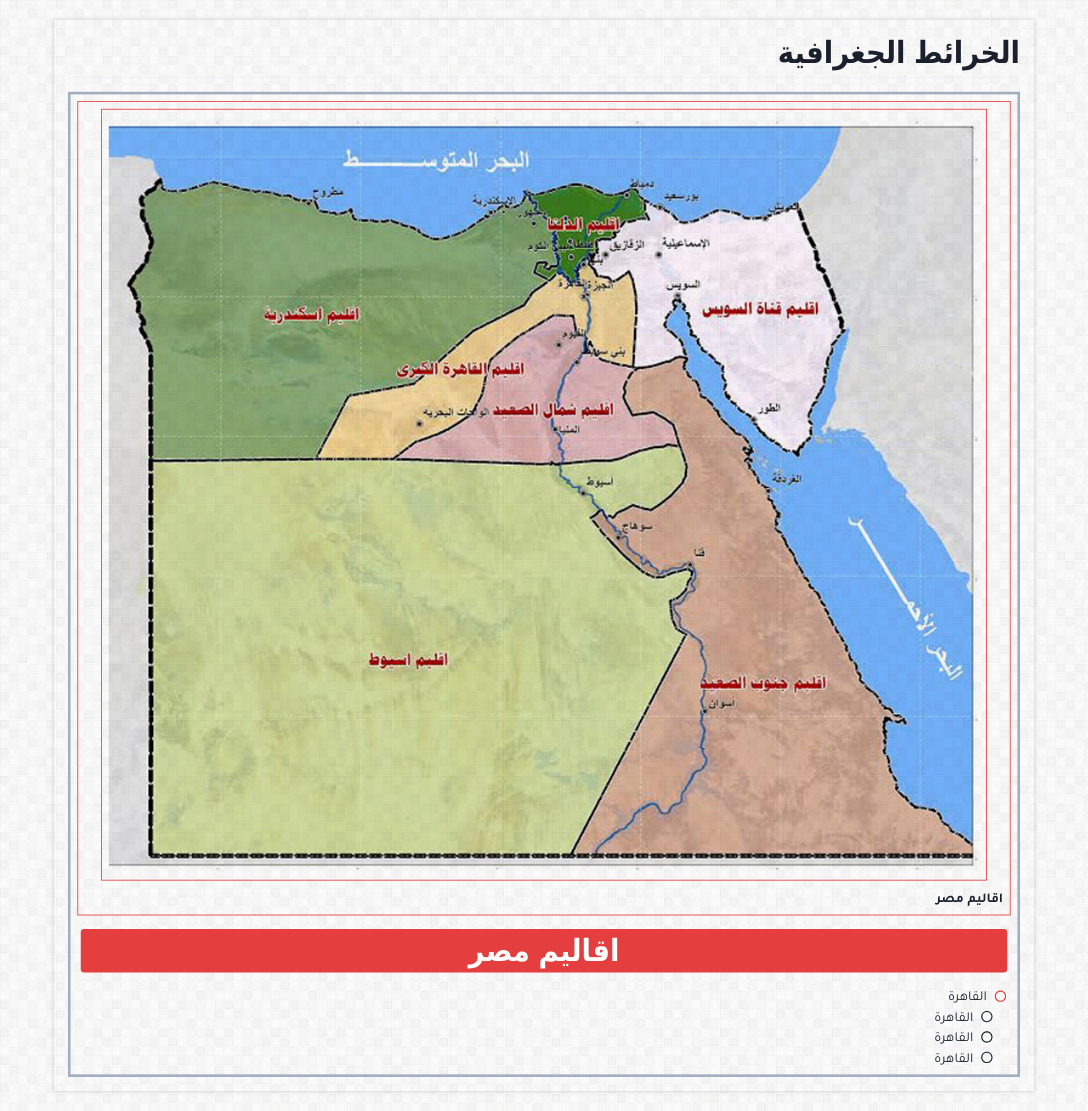
Repository: ahmed-mohamed-eng/egypt-gov-map
Page: /
The author's editor kept a copy of each file at every save. The page is drawn from the files as they stood at one save, then again after the next save.
The browser window is 1280 px wide. The pictures show the whole page, at 85% of full size.
Some web fonts or font styles are not loaded; a fallback is used. The project was rebuilt for these pictures with package versions that can differ from the ones it lists, and the page was loaded fresh each time. The framework's server and built-in components were replaced by stand-ins that run in the browser. Also part of the build but not shown: next.config.js.

Above is the page before, as saved 2022-05-30 13:45:58.

After the next save:
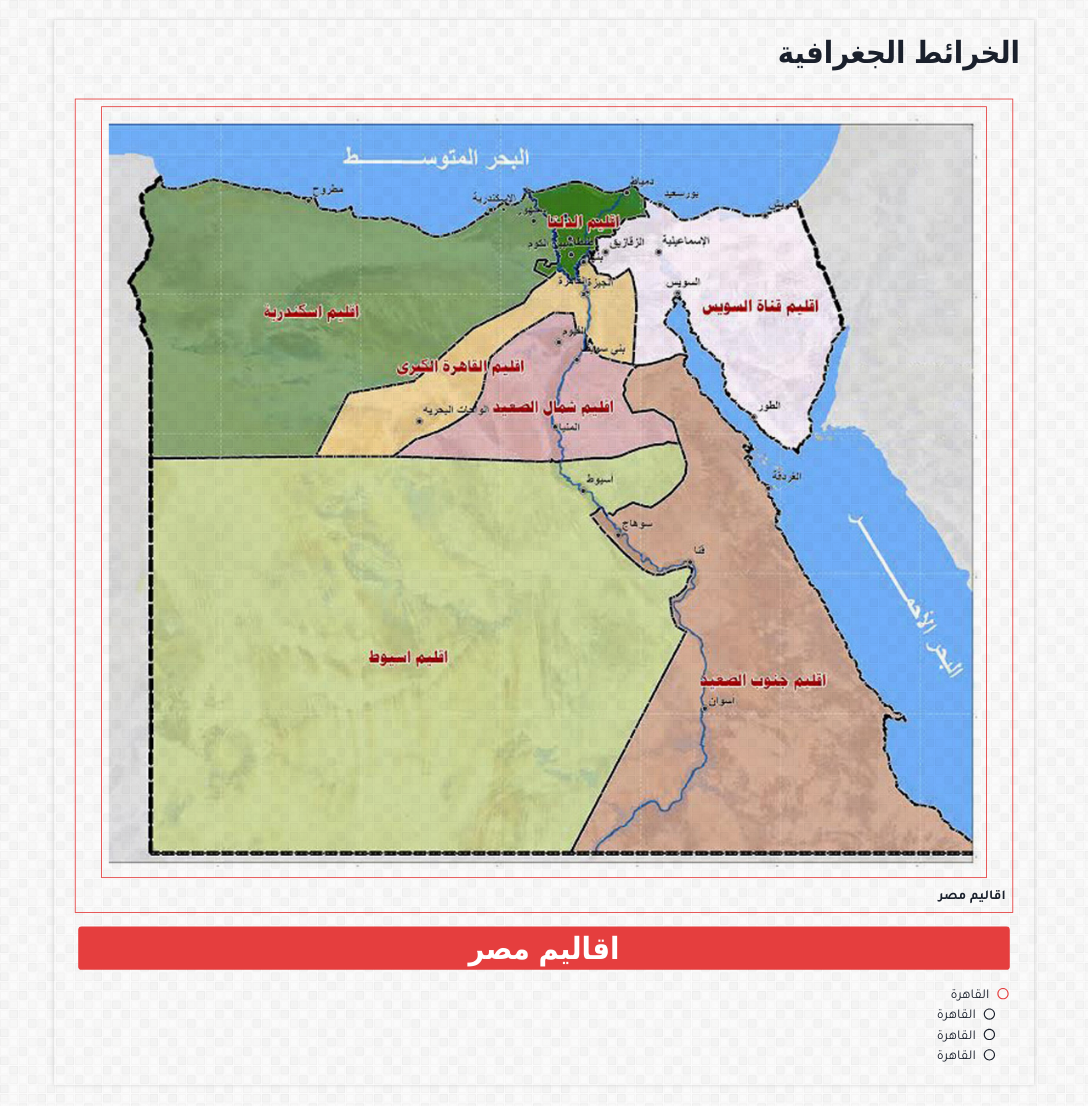
Saved 47 s later.
--- a/components/MainContentArea/MainContentArea.tsx
+++ b/components/MainContentArea/MainContentArea.tsx
@@ -11,8 +11,6 @@ export const MainContentArea = () => {
       w="full"
       p="0.5rem"
       spacing="1rem"
-      borderWidth="medium"
-      borderColor="gray.400"
       flex="14"
     >
       <MapArea />
